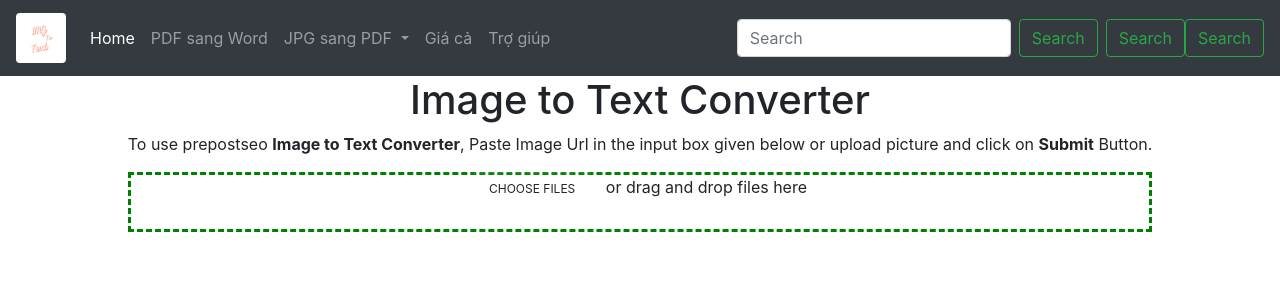
Repository: Tung1227/PBL6-2022
Page: index.html
These files come from the project's save history. The page is drawn as it stood at one moment and after the next save; the edit follows.
The browser window is 1280 px wide. The pictures show the whole page.

Above is the page before, as saved 2022-09-16 20:55:27.

After the next save:
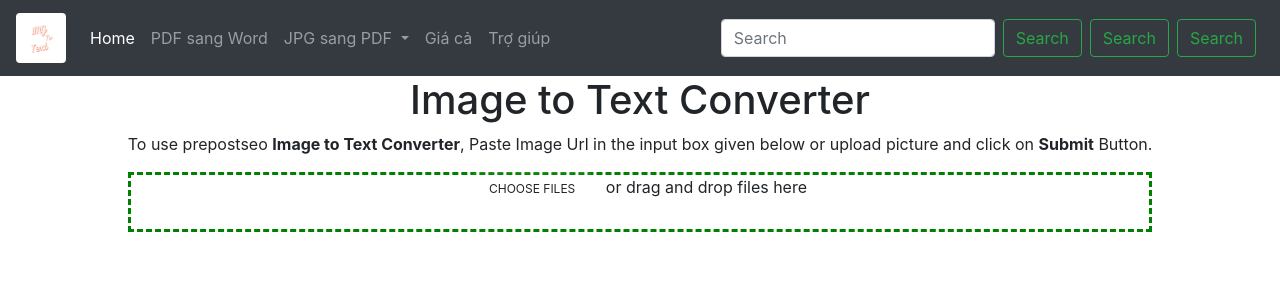
Saved 10 s later.
--- a/index.html
+++ b/index.html
@@ -53,8 +53,8 @@
             <form class="form-inline my-2 my-lg-0 ">
                 <input class="form-control mr-sm-2" type="search" placeholder="Search" aria-label="Search">
                 <button class="btn btn-outline-success my-2 my-sm-0 mr-sm-2" type="submit">Search</button>
-                <button class="btn btn-outline-success my-2 my-sm-0" type="submit">Search</button>
-                <button class="btn btn-outline-success my-2 my-sm-0" type="submit">Search</button>
+                <button class="btn btn-outline-success my-2 my-sm-0 mr-sm-2" type="submit">Search</button>
+                <button class="btn btn-outline-success my-2 my-sm-0 mr-sm-2" type="submit">Search</button>
             </form>
         </div>
     </nav>
